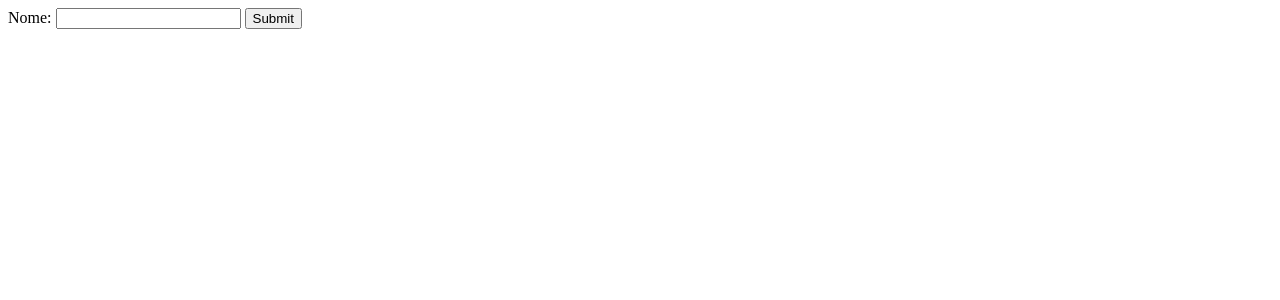
Repository: carolruo/alura-formacao-backend
Page: http://localhost/gerenciador/formNovaEmpresa.jsp
These files come from the project's save history. The page is drawn as it stood at one moment and after the next save; the edit follows.
The browser window is 1280 px wide. The pictures show the whole page.
The page is served by Tomcat 9. Other server files are loaded and not shown.

Above is the page before, as saved 2022-04-29 19:10:08.

### java-servlets/gerenciador/WebContent/formNovaEmpresa.jsp
<%@ taglib uri="http://java.sun.com/jsp/jstl/core" prefix="c"%>
<c:url value="/novaEmpresa" var="link"/>
<!DOCTYPE html>
<html>
<head>
<meta charset="ISO-8859-1">
<title>Insert title here</title>
</head>
<body>
	<form action="${link}" method="post">
		Nome: <input type="text" name="nome"/>
		<input type="submit"/>
	</form>
</body>
</html>

After the next save:
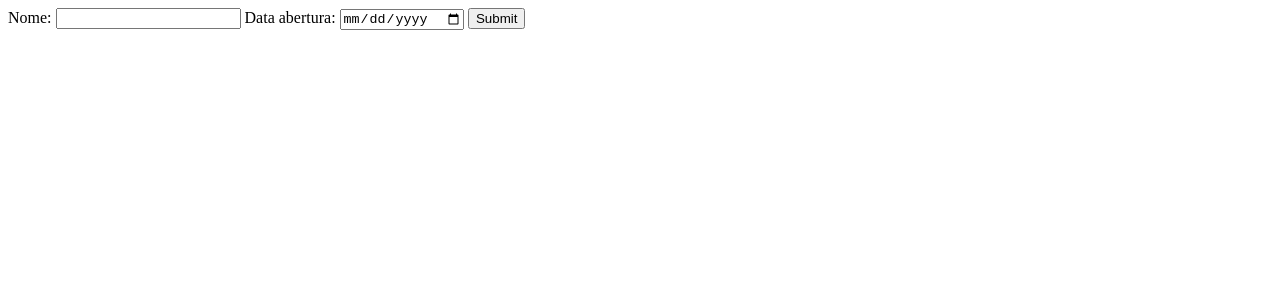
Saved 83 s later.
--- a/java-servlets/gerenciador/WebContent/formNovaEmpresa.jsp
+++ b/java-servlets/gerenciador/WebContent/formNovaEmpresa.jsp
@@ -9,6 +9,7 @@
 <body>
 	<form action="${link}" method="post">
 		Nome: <input type="text" name="nome"/>
+		Data abertura: <input type="date" name="nome"/>
 		<input type="submit"/>
 	</form>
 </body>
